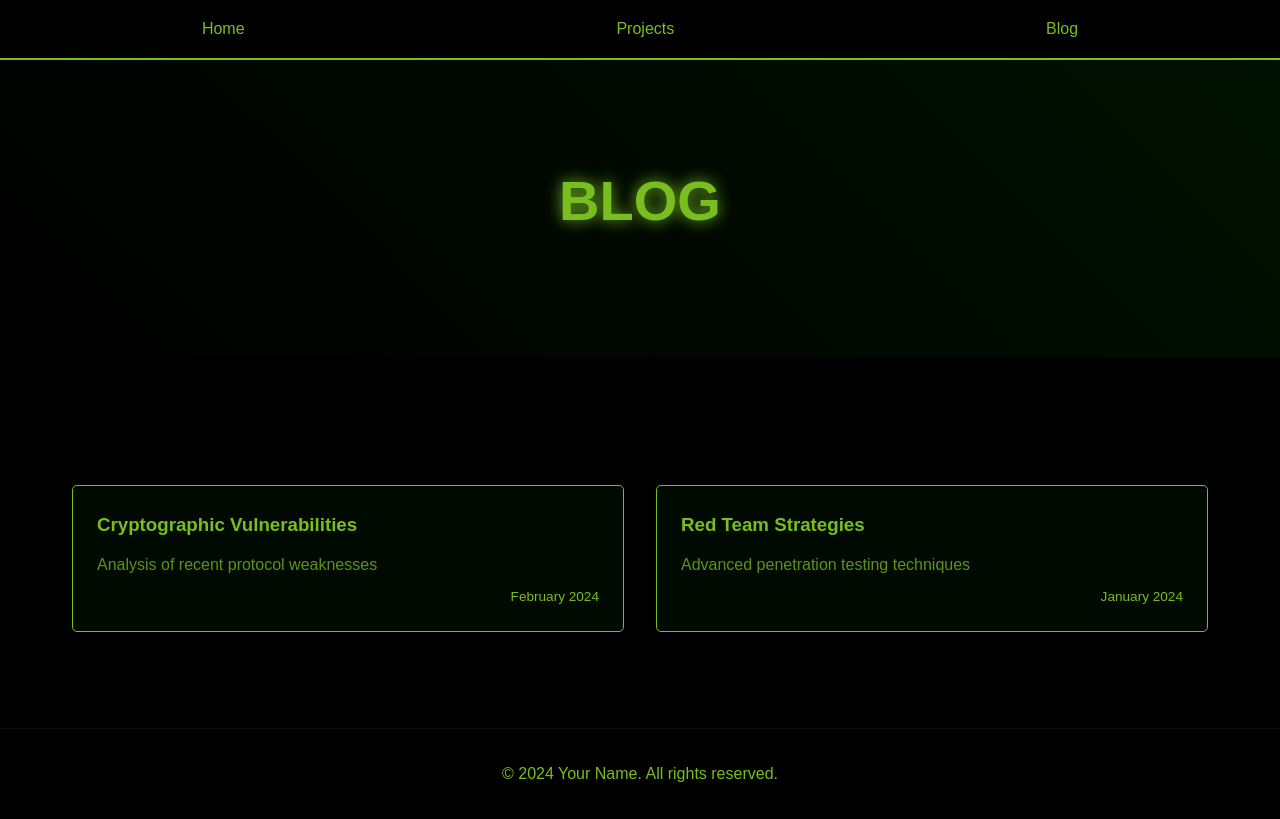
Repository: mohamedsoliman-tq/Website
Page: Blogs.html
An editor plug-in stored every save of this project. The page is shown before and after a run of saves, followed by the edit.
The browser window is 1280 px wide. The pictures show the whole page.

Above is the page before, as saved 2025-02-13 01:37:48.

### Blogs.html
<!DOCTYPE html>
<html lang="en">
<head>
    <meta charset="UTF-8">
    <meta name="viewport" content="width=device-width, initial-scale=1.0">
    <title>Blog</title>
    <link href="https://fonts.googleapis.com/css2?family=Space+Grotesk:wght@300;400;700&display=swap" rel="stylesheet">
    <link rel="icon" type="image/x-icon" href="/assets/favicon.ico">
    <link rel="apple-touch-icon" sizes="180x180" href="/assets/ficon.png">
    <link rel="stylesheet" href="/css/base.css">
    <link rel="stylesheet" href="/css/navigation.css">
    <link rel="stylesheet" href="/css/hero.css">
    <link rel="stylesheet" href="/css/sections.css">
    <link rel="stylesheet" href="/css/utilities.css">
</head>
<body>
    <nav>
        <ul>
            <li><a href="/">Home</a></li>
            <li><a href="/Projects.html">Projects</a></li>
            <li><a href="/Blogs.html">Blog</a></li>
        </ul>
    </nav>

    <div class="hero">
        <div class="container">
            <h1>BLOG</h1>
        </div>
    </div>

    <section class="section">
        <div class="container blog-posts">
            <div class="blog-card">
                <h3>Cryptographic Vulnerabilities</h3>
                <p>Analysis of recent protocol weaknesses</p>
                <span class="blog-date">February 2024</span>
            </div>
            <div class="blog-card">
                <h3>Red Team Strategies</h3>
                <p>Advanced penetration testing techniques</p>
                <span class="blog-date">January 2024</span>
            </div>
        </div>
    </section>

    <footer>
        <p>© 2024 Your Name. All rights reserved.</p>
    </footer>
</body>
</html>

### css/base.css
@import url('https://fonts.googleapis.com/css2?family=Space+Grotesk:wght@300;400;700&display=swap');

:root {
    --primary-black: #000000;
    --green-accent: #78BE20;
    --dark-green: #5a9419;
}

* {
    margin: 0;
    padding: 0;
    box-sizing: border-box;
    font-family: 'Space+Grotesk', sans-serif;
}

body {
    background-color: var(--primary-black);
    color: var(--green-accent);
    line-height: 1.6;
}

.container {
    max-width: 1200px;
    margin: 0 auto;
    padding: 2rem;
}

.section {
    padding: 4rem 0;
    border-bottom: 1px solid #001a00;
}

### css/navigation.css
nav {
    background: rgba(0, 0, 0, 0.95);
    padding: 1rem;
    position: sticky;
    top: 0;
    border-bottom: 2px solid var(--green-accent);
    z-index: 100;
}

nav ul {
    display: flex;
    justify-content: space-around;
    list-style: none;
}

nav a {
    color: var(--green-accent);
    text-decoration: none;
    padding: 0.5rem 1rem;
    transition: all 0.3s;
}

nav a:hover {
    color: var(--dark-green);
    text-shadow: 0 0 10px var(--green-accent);
}

@media (max-width: 768px) {
    nav ul {
        flex-direction: column;
        align-items: center;
    }

    nav li {
        margin: 0.5rem 0;
    }
}

### css/hero.css
.hero {
    text-align: center;
    padding: 4rem 0;
    background: linear-gradient(45deg, var(--primary-black), #001100);
}

.hero h1 {
    font-size: 3.5rem;
    margin-bottom: 1rem;
    color: var(--green-accent);
    text-shadow: 0 0 15px var(--green-accent);
}

.hero p {
    color: var(--dark-green);
    font-size: 1.2rem;
}

@media (max-width: 768px) {
    .hero h1 {
        font-size: 2.5rem;
    }
}

### css/sections.css
.skills-grid {
    display: grid;
    grid-template-columns: repeat(auto-fit, minmax(250px, 1fr));
    gap: 2rem;
    margin-top: 2rem;
}

.skill-card, .project-card, .blog-card {
    background: #000a00;
    padding: 1.5rem;
    border-radius: 5px;
    border: 1px solid var(--green-accent);
    transition: transform 0.3s ease;
}

.skill-card:hover, .project-card:hover, .blog-card:hover {
    transform: scale(1.05);
    box-shadow: 0 0 15px var(--green-accent);
}

.projects, .blog-posts {
    display: grid;
    grid-template-columns: repeat(auto-fit, minmax(250px, 1fr));
    gap: 2rem;
    margin-top: 2rem;
}

.project-card h3, .blog-card h3 {
    color: var(--green-accent);
    margin-bottom: 0.75rem;
}

.project-card p, .blog-card p {
    color: var(--dark-green);
    margin-bottom: 0.5rem;
}

.blog-date {
    color: var(--green-accent);
    font-size: 0.85rem;
    display: block;
    text-align: right;
}

.contact-grid {
    display: grid;
    grid-template-columns: 1fr 1fr;
    gap: 2rem;
    align-items: center;
}

.social-links {
    background: #000a00;
    padding: 1.5rem;
    border: 1px solid var(--green-accent);
    border-radius: 8px;
}

.social-links h3 {
    color: var(--green-accent);
    margin-bottom: 1rem;
    text-align: center;
}

.social-icons {
    display: flex;
    flex-direction: column;
    gap: 1rem;
}

.social-icon {
    color: var(--green-accent);
    text-decoration: none;
    padding: 0.5rem 1rem;
    border: 1px solid var(--green-accent);
    text-align: center;
    transition: all 0.3s ease;
}

.social-icon:hover {
    background-color: var(--green-accent);
    color: var(--primary-black);
    box-shadow: 0 0 15px var(--green-accent);
}

@media (max-width: 768px) {
    .projects, .blog-posts, .contact-grid {
        grid-template-columns: 1fr;
    }
}

### css/utilities.css
footer {
    text-align: center;
    padding: 2rem;
    color: var(--green-accent);
}

.hidden {
    display: none;
}

.visible {
    display: block;
}

After the next 7 saves:
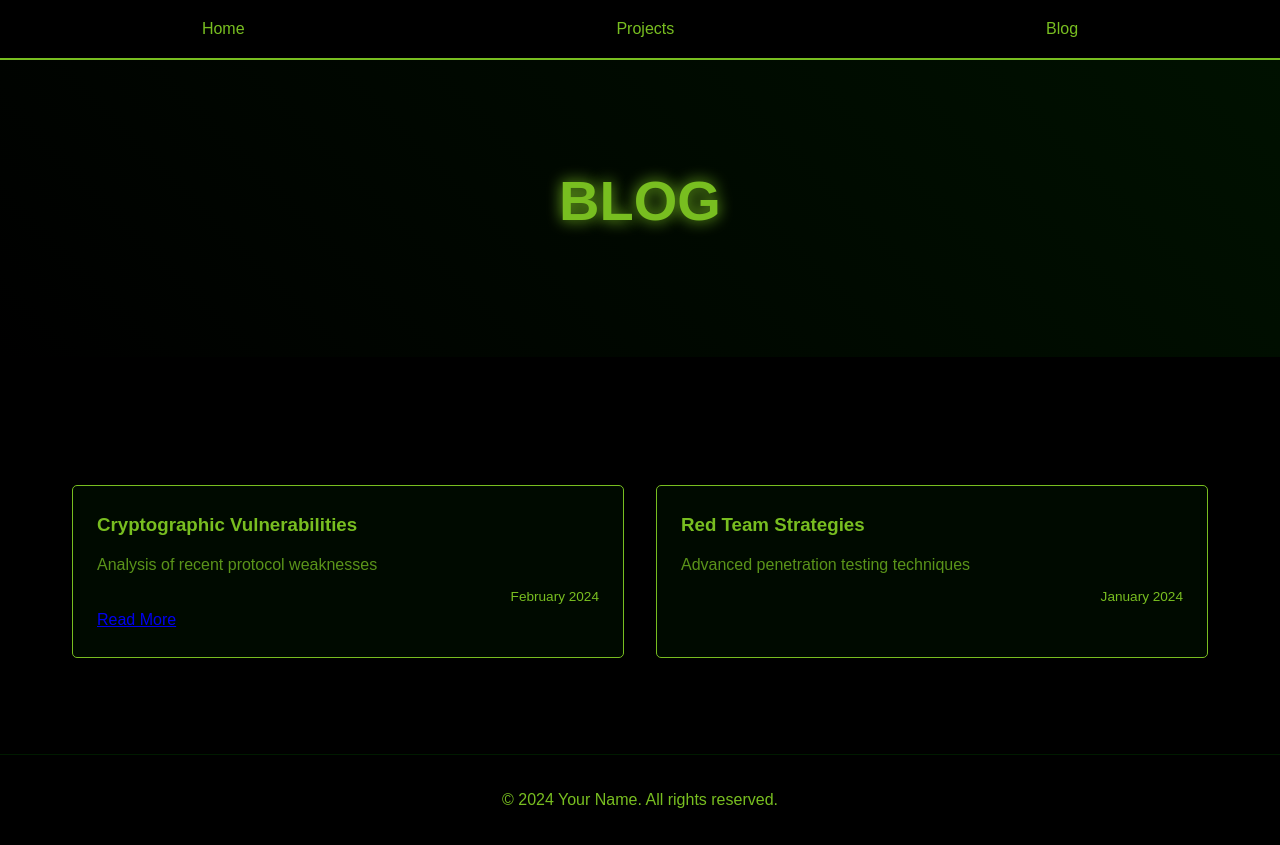
The 7 saves are shown as one change because they came seconds apart.
The last was saved 53 min 50 s later.
--- a/Blogs.html
+++ b/Blogs.html
@@ -34,6 +34,7 @@
                 <h3>Cryptographic Vulnerabilities</h3>
                 <p>Analysis of recent protocol weaknesses</p>
                 <span class="blog-date">February 2024</span>
+                <a href="/blogs/1 - index.html" class="read-more">Read More</a>
             </div>
             <div class="blog-card">
                 <h3>Red Team Strategies</h3>
